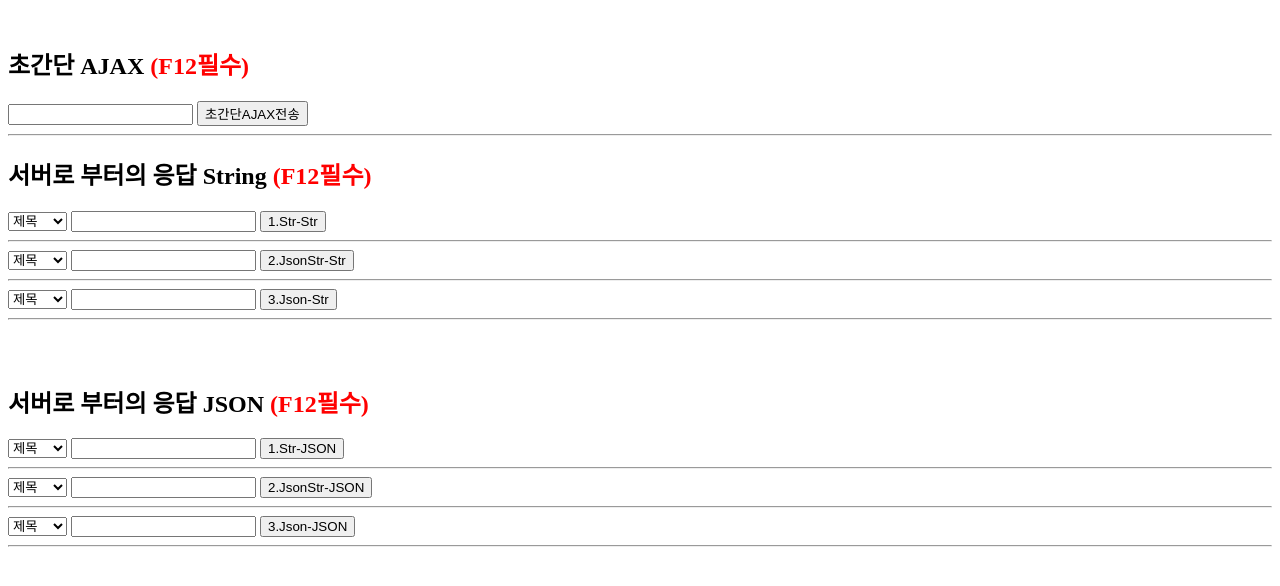
Repository: Won-Hyuk-Lee/kosta_java
Page: http://localhost/web_prj/lec_rest.jsp
These files come from the project's save history. The page is drawn as it stood at one moment and after the next save; the edit follows.
The browser window is 1280 px wide. The pictures show the whole page.
The page is served by Tomcat 9. Nobody is signed in. The application's start-up code is not run.

Above is the page before, as saved 2024-05-27 08:46:10.

After the next save:
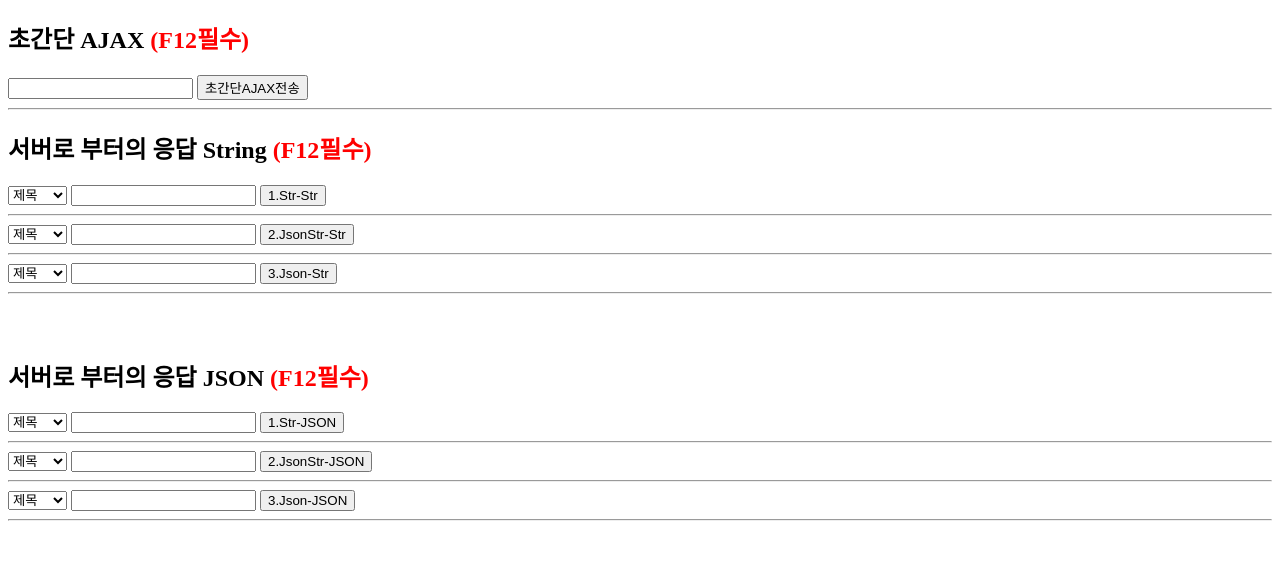
Saved 4 s later.
--- a/web_prj/src/main/webapp/lec_rest.jsp
+++ b/web_prj/src/main/webapp/lec_rest.jsp
@@ -43,7 +43,7 @@
 	  });
 
 -->
-<br>
+
 <!--  ##################### 서버로 부터의 응답 String #######################  -->
 <h2>초간단 AJAX <font color=red>(F12필수)</font></h2>
 <form id="Str_Str_Form" >
